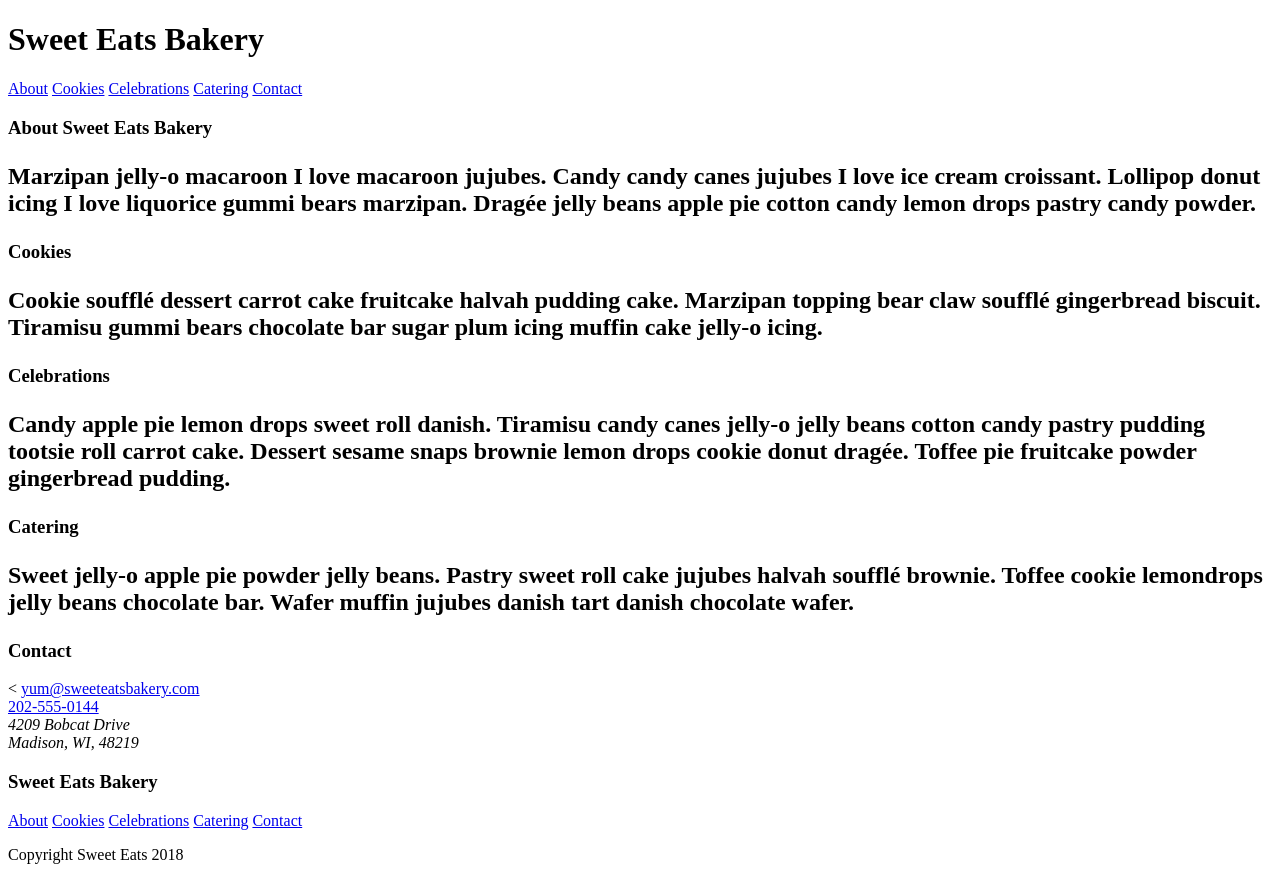
Repository: yoshimario/web-module-challenge-user-interface
Page: index.html
An editor plug-in stored every save of this project. The page is shown before and after a run of saves, followed by the edit.
The browser window is 1280 px wide. The pictures show the whole page.
Some web fonts or font styles are not loaded; a fallback is used.

Above is the page before, as saved 2023-05-15 13:32:58.

### index.html
<!DOCTYPE html>
<html lang="en">

<head>
    <meta charset="UTF-8">
    <!-- import your css file -->
    <link href="https://fonts.googleapis.com/css?family=Gaegu|Roboto" rel="stylesheet">
    <title>Sweet Eats Bakery</title>
</head>

<body>

    <!-- company name -->
    <h1>Sweet Eats Bakery</h1>
    <header headerNavLinksf>
        <!-- Navigation -->
        <nav>
            <a href="#about">About</a>
            <a href="#cookies">Cookies</a>
            <a href="#celebrations">Celebrations</a>
            <a href="#catering">Catering</a>
            <a href="#contact">Contact</a>
        </nav>
    </header>
    <!-- Image https://tk-assets.lambdaschool.com/bcf76f62-2431-4c22-b466-2e711f3da2b9_ui-i-bakery-main-header.png -->

    <!-- Marketing header -->
    <section id="about">
        <h3>About Sweet Eats Bakery </h3>

        <h2>
            <p>Marzipan jelly-o macaroon I love macaroon jujubes. Candy candy canes jujubes I love ice cream croissant.
                Lollipop
                donut icing I love liquorice gummi bears marzipan. Dragée jelly beans apple pie cotton candy lemon drops
                pastry candy
                powder.</p>
        </h2>
    </section>
    <!-- content -->

    <!-- Image https://tk-assets.lambdaschool.com/7393a8fd-c8e5-4003-921f-79e0d546d02c_ui-i-bakery-cookies.png -->
    <section id="cookies">
        <h3>Cookies</h3>

        <h2>
            <p>Cookie soufflé dessert carrot cake fruitcake halvah pudding cake. Marzipan topping bear claw soufflé
                gingerbread
                biscuit. Tiramisu gummi bears chocolate bar sugar plum icing muffin cake jelly-o icing.</p>
        </h2>
    </section>
    <!-- Image https://tk-assets.lambdaschool.com/297378d6-9c89-430f-9d2e-46ae3d5edce8_ui-i-bakery-cupcake-i.png -->

    <section id="celebrations">
        <h3>Celebrations</h3>

        <h2>
            <p>Candy apple pie lemon drops sweet roll danish. Tiramisu candy canes jelly-o jelly beans cotton candy
                pastry
                pudding
                tootsie roll carrot cake. Dessert sesame snaps brownie lemon drops cookie donut dragée. Toffee pie
                fruitcake
                powder
                gingerbread pudding.</p>
        </h2>
    </section>
    <!-- Image https://tk-assets.lambdaschool.com/ab0cb095-5900-476c-b042-aea065d3dbbf_ui-i-bakery-celebrate.png -->
    <section id="catering">
        <h3>Catering</h3>

        <h2>
            <p>Sweet jelly-o apple pie powder jelly beans. Pastry sweet roll cake jujubes halvah soufflé brownie. Toffee
                cookie
                lemondrops jelly beans chocolate bar. Wafer muffin jujubes danish tart danish chocolate wafer.</p>
        </h2>
    </section>
    <section id="contact">
        <h3>Contact</h3>
<
        <a href="mailto:yum@sweeteatsbakery.com">yum@sweeteatsbakery.com</a><br>
        <a href="tel:202-555-0144">202-555-0144</a><br>
        <address>4209 Bobcat Drive<br>
            Madison, WI, 48219</address>
    </section>
    <!-- footer -->
    <footer>
        <h3>Sweet Eats Bakery</h3>
        <nav>
            <a href="#about">About</a>
            <a href="#cookies">Cookies</a>
            <a href="#celebrations">Celebrations</a>
            <a href="#catering">Catering</a>
            <a href="#contact">Contact</a>
        </nav>
        <p>Copyright Sweet Eats 2018</p>
    </footer>
</body>

</html>

After the next 2 saves:
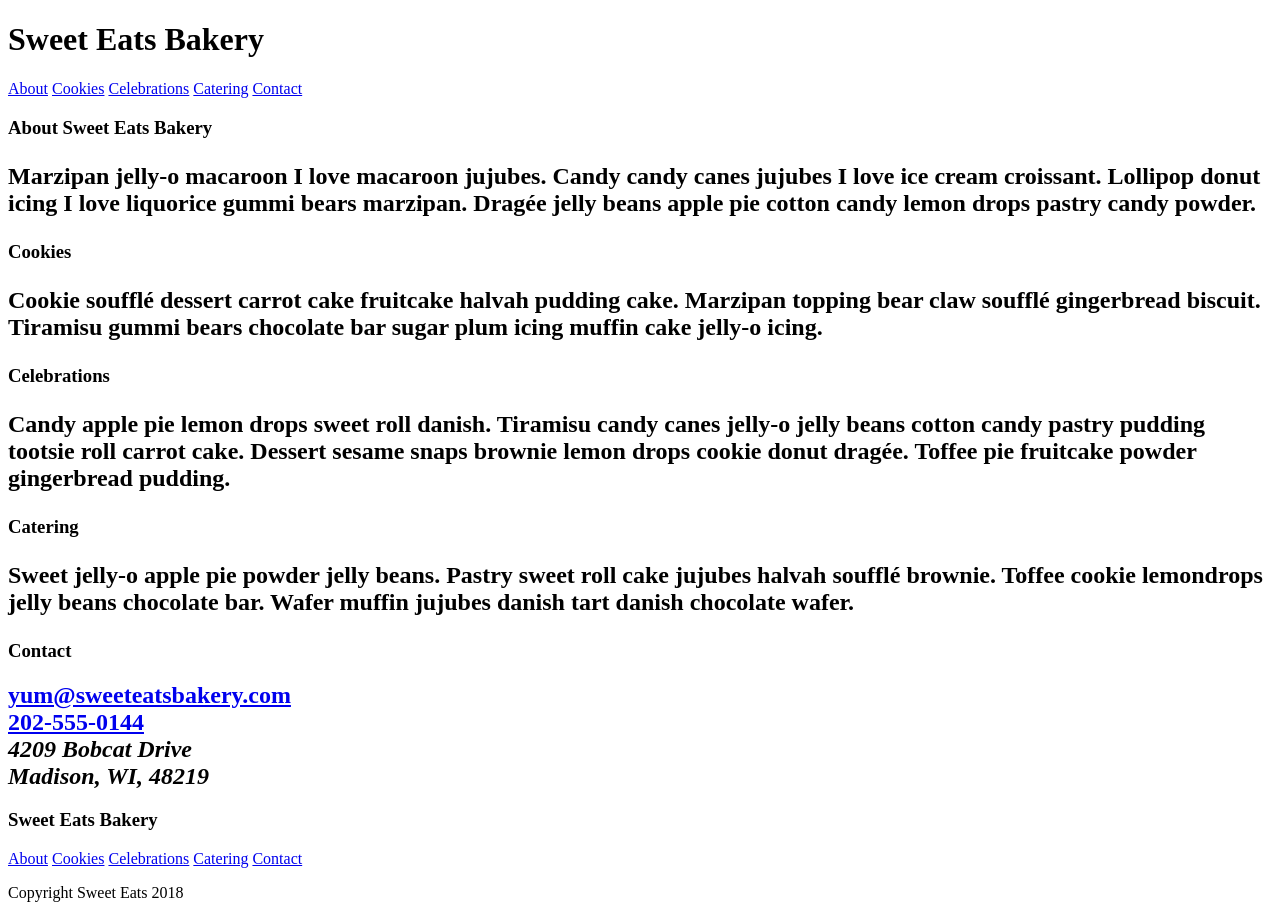
The 2 saves are shown as one change because they came seconds apart.
The last was saved 7 s later.
--- a/index.html
+++ b/index.html
@@ -75,7 +75,7 @@
     </section>
     <section id="contact">
         <h3>Contact</h3>
-<
+<h2>
         <a href="mailto:yum@sweeteatsbakery.com">yum@sweeteatsbakery.com</a><br>
         <a href="tel:202-555-0144">202-555-0144</a><br>
         <address>4209 Bobcat Drive<br>
